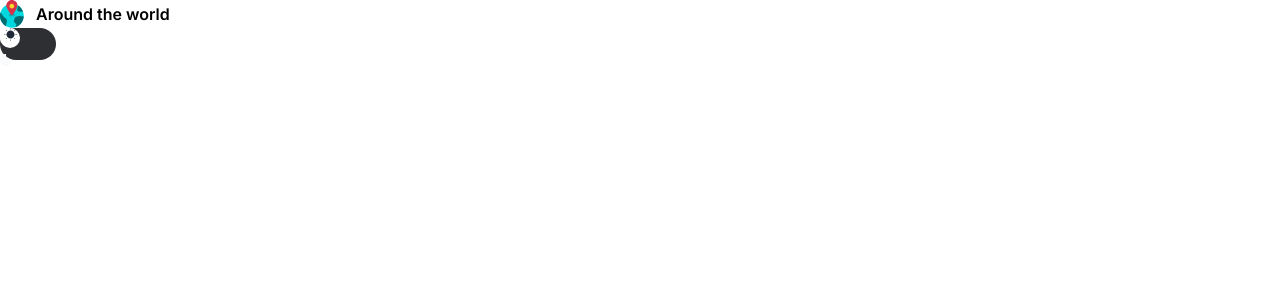
Repository: Baraajad231/Around-the-world
Page: /
The author's editor kept a copy of each file at every save. The page is drawn from the files as they stood at one save, then again after the next save.
The browser window is 1280 px wide. The pictures show the whole page.
The project was rebuilt for these pictures with package versions that can differ from the ones it lists, and the page was loaded fresh each time. Also part of the build but not shown: vite.config.js.

Above is the page before, as saved 2026-03-12 00:32:13.

After the next save:
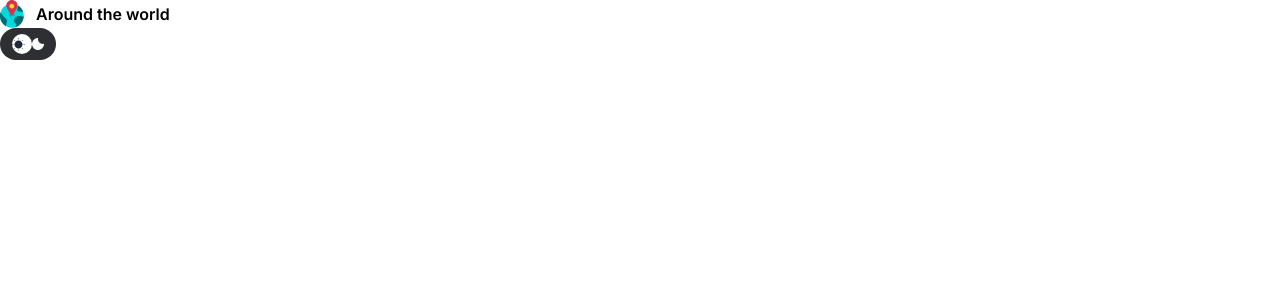
Saved 78 s later.
--- a/src/components/ThemeSwithcer.jsx
+++ b/src/components/ThemeSwithcer.jsx
@@ -1,7 +1,7 @@
 const ThemeSwitcher = () => {
   return (
-    <div className="w-14 h-8 items-center justify-around rounded-full bg-[#2e2f33]">
-      <button className="bg-white w-5 h-5 rounded-4xl flex justify-center">
+    <div className="w-14 h-8 items-center justify-around rounded-full bg-[#2e2f33] flex justify-center">
+      <button className="bg-white w-5 h-5 rounded-4xl ">
         <svg
           width="13"
           height="13"
